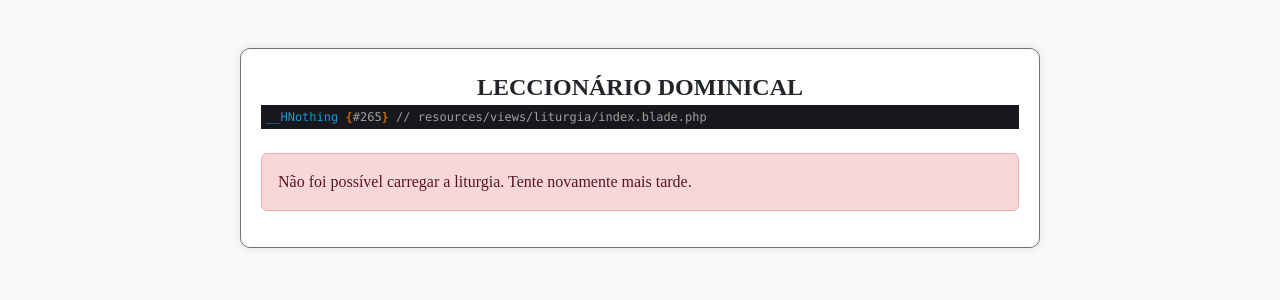
Repository: matheus0810/liturgia-diaria
Page: resources/views/liturgia/index.blade.php
The author's editor kept a copy of each file at every save. The page is drawn from the files as they stood at one save, then again after the next save.
The browser window is 1280 px wide. The pictures show the whole page.
The page is served by the project's Laravel application, run on PHP 8.4 with Laravel 12. The template is opened directly, without the code that normally fills it, so the values that code supplies are empty.

Above is the page before, as saved 2025-02-21 15:24:09.

After the next save:
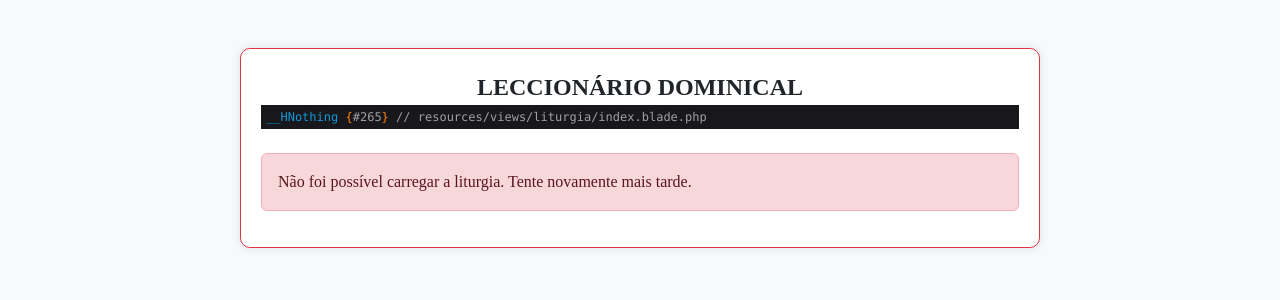
Saved 8 s later.
--- a/resources/views/liturgia/index.blade.php
+++ b/resources/views/liturgia/index.blade.php
@@ -42,7 +42,7 @@
     </style>
 </head>
 <body>
-    <div class="container mt-5 border border-secondary">
+    <div class="container mt-5 border border-danger">
         <div class="title">Leccionário Dominical</div>
 
         @dump($liturgia)
